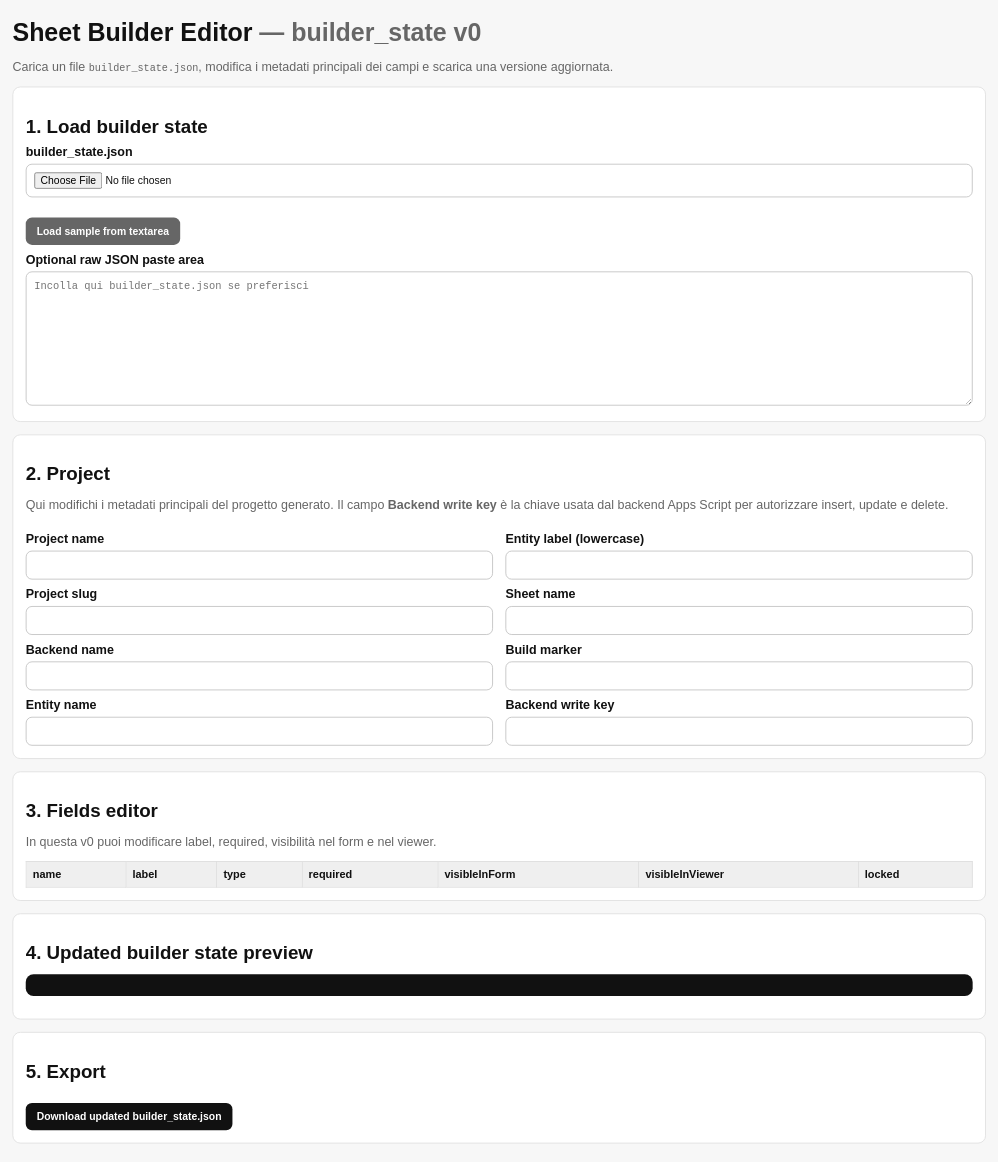
Repository: progettazionemauro/sheets.builder
Page: docs/builder.html
An editor plug-in stored every save of this project. The page is shown before and after the next save, followed by the edit.
The browser window is 1280 px wide. The pictures show the whole page, at 78% of full size.

Above is the page before, as saved 2026-04-13 19:21:58.

After the next save:
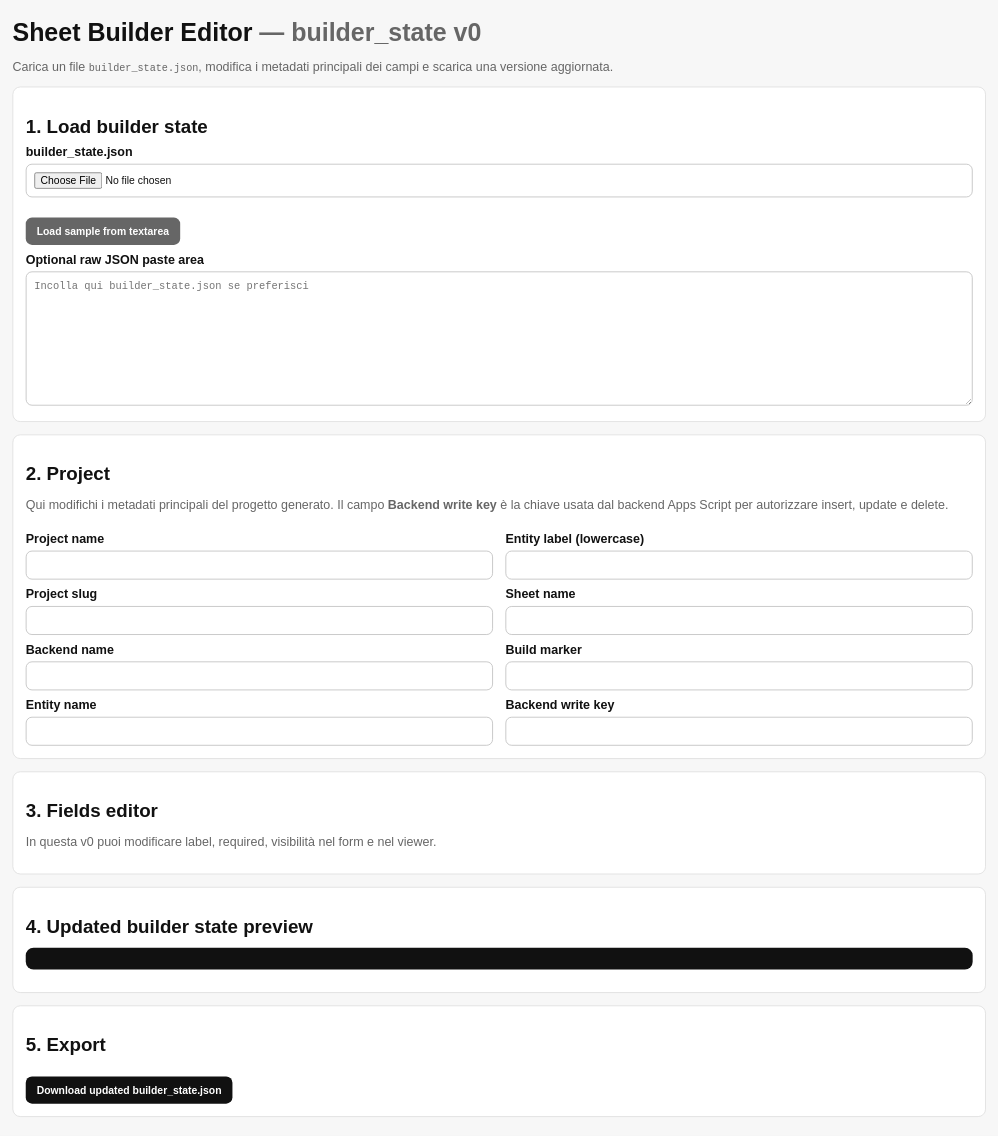
Saved 68 s later.
--- a/docs/builder.html
+++ b/docs/builder.html
@@ -195,20 +195,7 @@
       In questa v0 puoi modificare label, required, visibilità nel form e nel viewer.
     </p>
 
-    <table id="fieldsTable">
-      <thead>
-        <tr>
-          <th>name</th>
-          <th>label</th>
-          <th>type</th>
-          <th>required</th>
-          <th>visibleInForm</th>
-          <th>visibleInViewer</th>
-          <th>locked</th>
-        </tr>
-      </thead>
-      <tbody></tbody>
-    </table>
+
   </div>
 
   <div class="card">

After the save that followed:
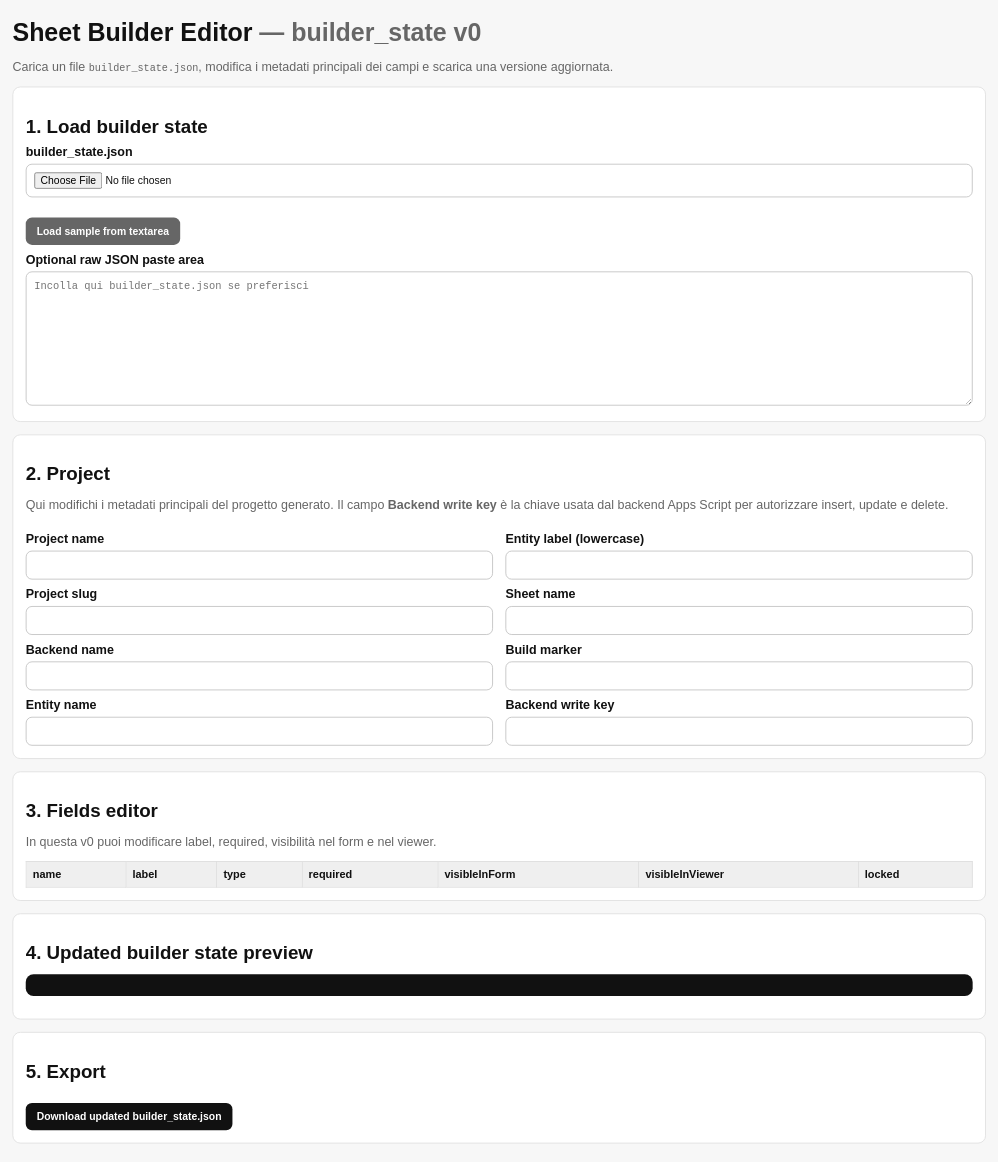
Saved 6 s later.
--- a/docs/builder.html
+++ b/docs/builder.html
@@ -195,7 +195,20 @@
       In questa v0 puoi modificare label, required, visibilità nel form e nel viewer.
     </p>
 
-
+    <table id="fieldsTable">
+      <thead>
+        <tr>
+          <th>name</th>
+          <th>label</th>
+          <th>type</th>
+          <th>required</th>
+          <th>visibleInForm</th>
+          <th>visibleInViewer</th>
+          <th>locked</th>
+        </tr>
+      </thead>
+      <tbody></tbody>
+    </table>
   </div>
 
   <div class="card">
